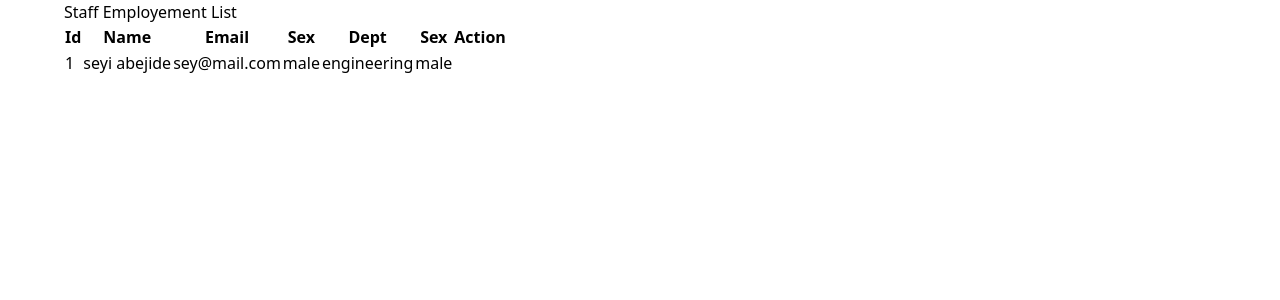
Repository: Semanmernstack/crud
Page: /
These files come from the project's save history. The page is drawn as it stood at one moment and after the next save; the edit follows.
The browser window is 1280 px wide. The pictures show the whole page.
The project was rebuilt for these pictures with package versions that can differ from the ones it lists, and the page was loaded fresh each time. Also part of the build but not shown: src/Details.js, src/Create.js, src/Edit.js.

Above is the page before, as saved 2022-12-23 03:01:08.

### src/App.js
import List from "./List";
import {
  BrowserRouter,
  Routes,
  Route,

} from "react-router-dom";
import Details from "./Details";
import Create from "./Create";
import Edit from "./Edit";



function App() {
  return (
    <div className="">
      <BrowserRouter>

      <Routes>
        <Route path="/" element={<List/>}> </Route>
        <Route path="/employee/create" element={<Create/>}> </Route>
        <Route path="/employee/details/:empid" element={<Details/>}> </Route>
        <Route path="/employee/edit/:empid" element={<Edit/>}> </Route>
      </Routes>
      </BrowserRouter>

    </div>
  );
}

export default App;

### src/List.js
import React from 'react'

function List() {
  return (
    <div className="max-w-6xl mx-auto  ">

        <p>Staff Employement List</p>

        <table className="table-auto " >
            <thead>
                <tr>
                    <th>Id</th>
                    <th>Name</th>
                    <th>Email</th>
                    <th>Sex</th>
                    <th>Dept</th>
                    <th>Sex</th>
                    <th>Action</th>
                </tr>
            </thead>

            <tbody>
                <tr>
                    <td>1</td>
                    <td>seyi abejide</td>
                    <td>sey@mail.com</td>
                    <td>male</td>
                    <td>engineering</td>
                    <td>male</td>
                </tr>
            </tbody>
        </table>

    </div>
  )
}

export default List

Loaded but not shown: public/index.html (common file); src/index.js (common file); src/index.css (common file); src/reportWebVitals.js (common file); tailwind.config.js (common file)

After the next save:
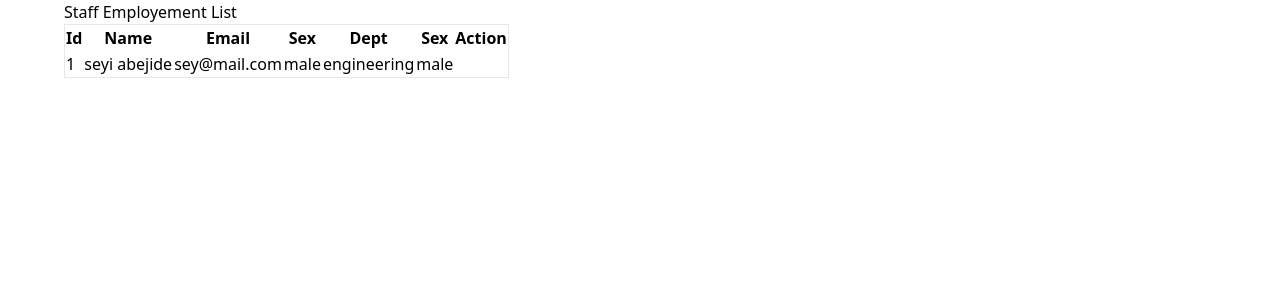
Saved 88 s later.
--- a/src/List.js
+++ b/src/List.js
@@ -6,7 +6,7 @@ function List() {
 
         <p>Staff Employement List</p>
 
-        <table className="table-auto " >
+        <table className="table-auto border " >
             <thead>
                 <tr>
                     <th>Id</th>
